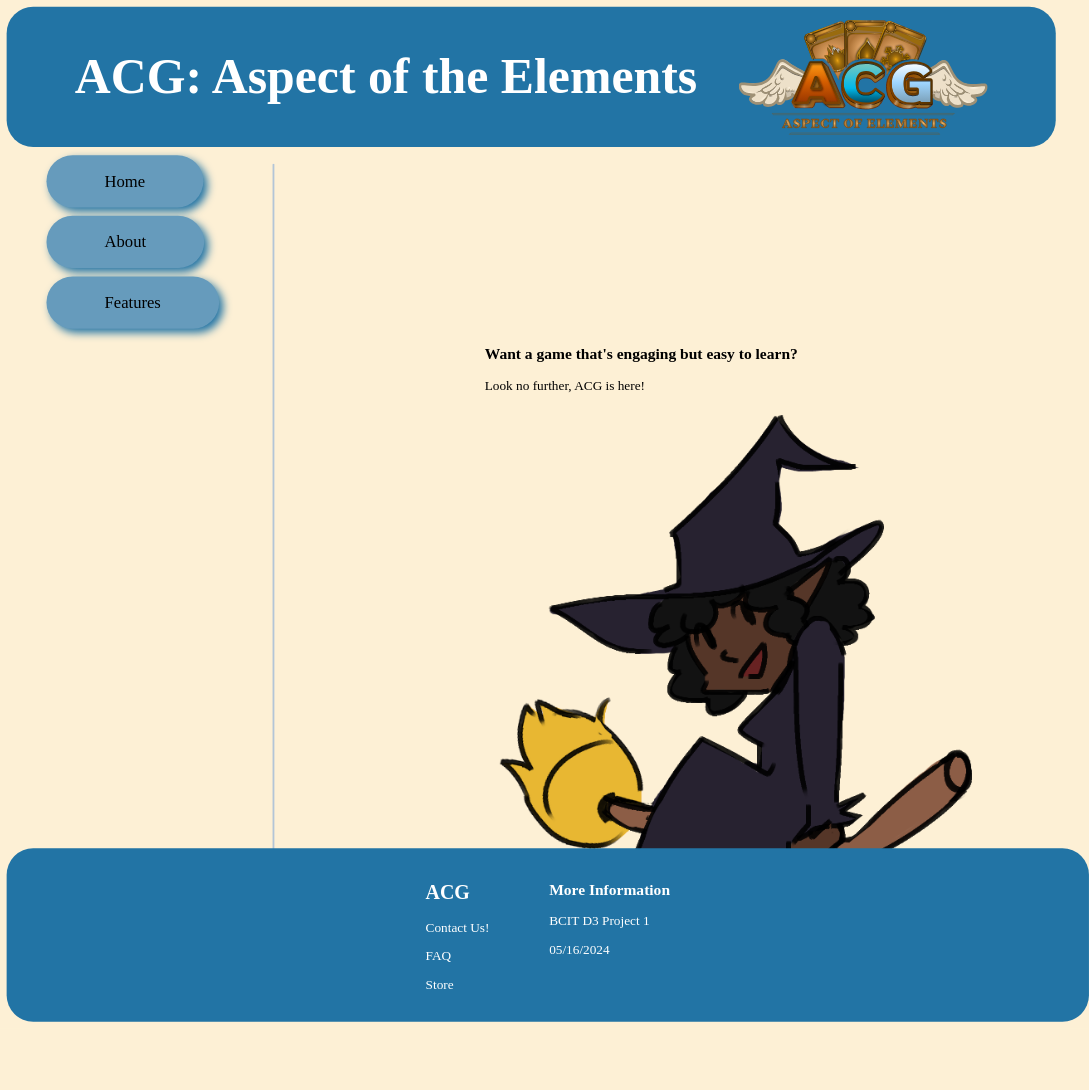
Repository: Delukalgh/ACG
Page: Features.html
These files come from the project's save history. The page is drawn as it stood at one moment and after the next save; the edit follows.
The browser window is 1280 px wide. The page is 1312 px wide, so the pictures cover 1312 px, including what lies to the right of the window. The pictures show the whole page, at 83% of full size.

Above is the page before, as saved 2024-05-15 15:27:46.

After the next save:
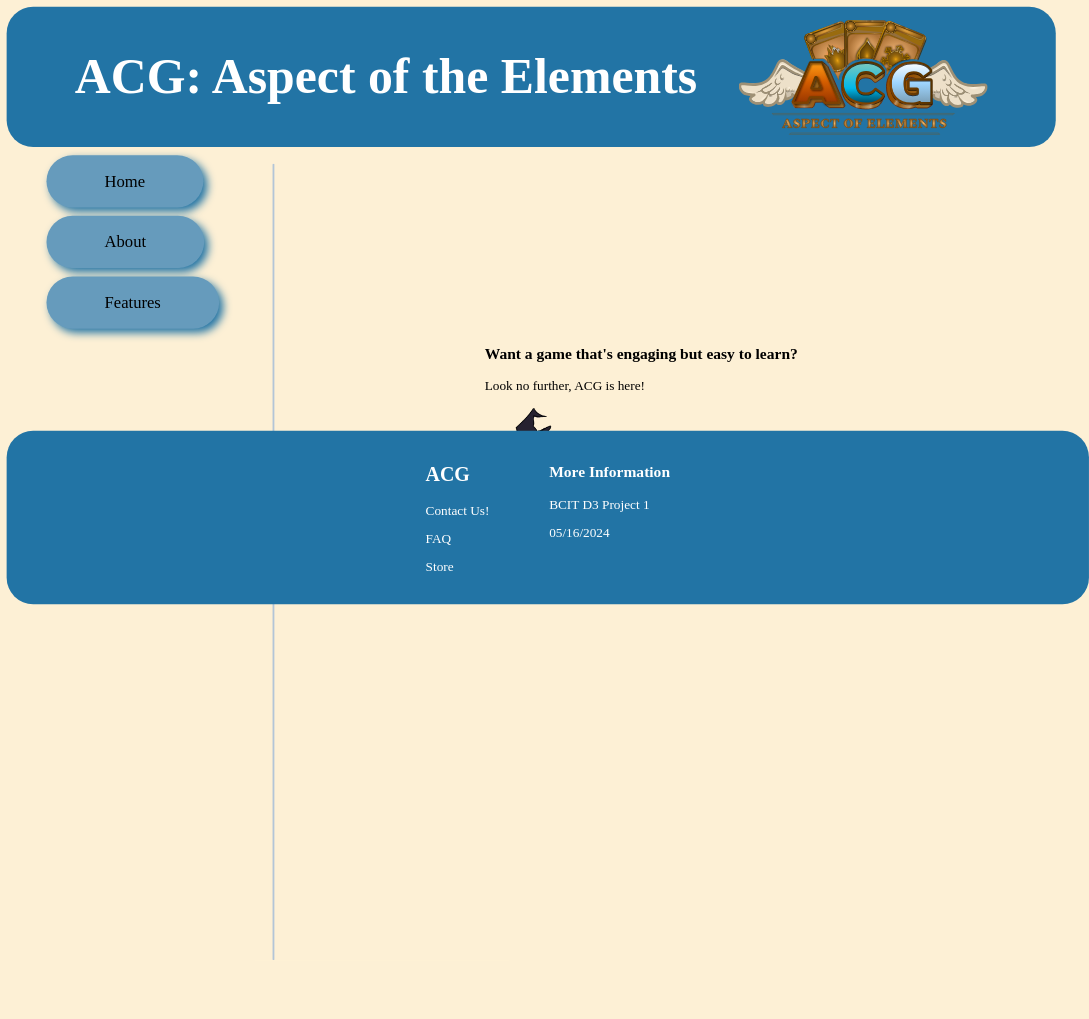
Saved 21 s later.
--- a/Features.html
+++ b/Features.html
@@ -42,7 +42,7 @@
       <div class="content">
       <h3>Want a game that's engaging but easy to learn?</h3>
       <p>Look no further, ACG is here!</p>
-        <img src="images/IllustrationWitchGirl.png"/>
+        <img src="images/IllustrationWitchGirl.png" width="100px"/>
 
       </div>
     </div>
